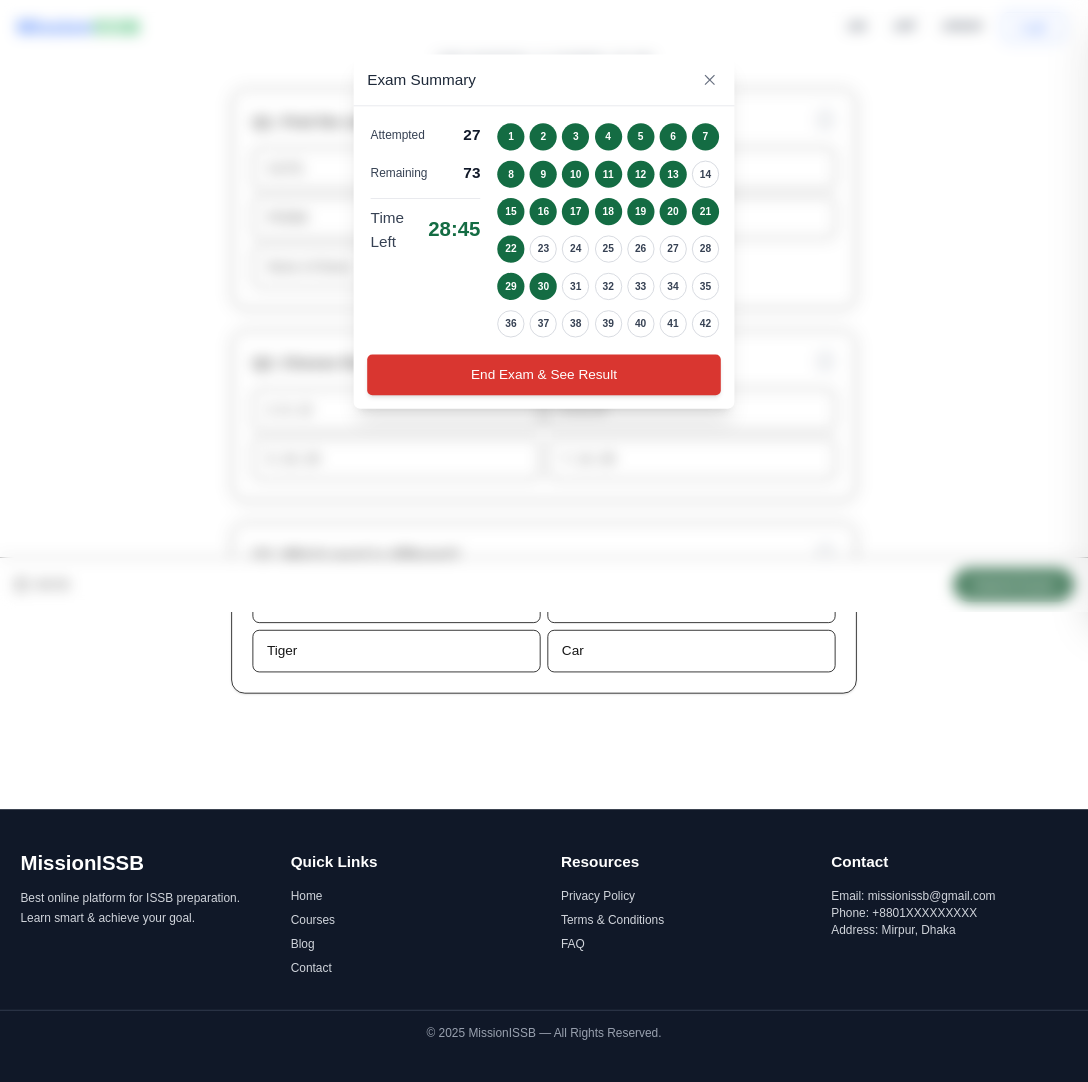
Repository: mdmuhibullahhabib/missionissb
Page: /exam/verbal-model-test-01, after clicking the first element matching `button.bg-green-900`
The author's editor kept a copy of each file at every save. The page is drawn from the files as they stood at one save, then again after the next save.
The browser window is 1280 px wide. The pictures show the whole page, at 85% of full size.
The page's requests for data from a server got no answer. The project was rebuilt for these pictures with package versions that can differ from the ones it lists, and the page was loaded fresh each time. The framework's server and built-in components were replaced by stand-ins that run in the browser. No one was signed in, and anything a server would have sent is missing. Also part of the build but not shown: next.config.mjs.

Above is the page before, as saved 2025-12-15 19:36:09.

### app/layout.js
import { Geist, Geist_Mono } from 'next/font/google'
import './globals.css'
import Footer from '@/components/shared/Footer'
import Navbar from '@/components/shared/Navbar'
import NextAuthProvider from './providers/NextAuthProvider'
import LayoutWrapper from '@/components/LayoutWrapper'

const geistSans = Geist({
  variable: '--font-geist-sans',
  subsets: ['latin']
})

const geistMono = Geist_Mono({
  variable: '--font-geist-mono',
  subsets: ['latin']
})

export const metadata = {
  title: 'Mission ISSB',
  description: 'Generated by create next app'
}

export default function RootLayout({ children }) {
  return (
    <html lang='en' suppressHydrationWarning={true}>
      <body
        className={`${geistSans.variable} ${geistMono.variable} antialiased`}
      >
        <NextAuthProvider>

                    <LayoutWrapper>{children}</LayoutWrapper>


          {/* <Navbar />

          {children}

          <Footer /> */}
        </NextAuthProvider>
      </body>
    </html>
  )
}

### app/exam/[id]/page.jsx
"use client";

import { useState, useEffect } from "react";
import { Clock } from "lucide-react";
import McqCard from "./components/McqCard";
import SubmitModal from "./components/SubmitModal";

/* Fake Questions */
const questions = [
  {
    question: "Find the odd one out",
    options: ["VUTS", "NUTS", "PONM", "JIHG", "None of these"],
  },
  {
    question: "Choose the correct series",
    options: ["2, 6, 12", "3, 9, 27", "5, 10, 20", "7, 14, 28"],
  },
  {
    question: "Which word is different?",
    options: ["Dog", "Cat", "Tiger", "Car"],
  },
];

const ExamPage = () => {
  const [answers, setAnswers] = useState({});
  const [showSubmitModal, setShowSubmitModal] = useState(false);
  const [timeLeft, setTimeLeft] = useState(1 * 60); // ✅ 35 min in seconds

  /* ================= TIMER LOGIC ================= */
  useEffect(() => {
    if (timeLeft <= 0) {
      handleSubmit();
      return;
    }

    const timer = setInterval(() => {
      setTimeLeft((prev) => prev - 1);
    }, 1000);

    return () => clearInterval(timer);
  }, [timeLeft]);

  /* ================= HELPER FUNCTIONS ================= */
  const handleSelect = (qIndex, optIdx) => {
    setAnswers({ ...answers, [qIndex]: optIdx });
  };

  const handleSubmit = () => {
    setShowSubmitModal(false);
    alert("Exam Submitted!");
    console.log("Submitted Answers:", answers);
  };

  /* ======== FORMAT TIMER ====== */
  const formatTime = (seconds) => {
    const m = Math.floor(seconds / 60)
      .toString()
      .padStart(2, "0");
    const s = (seconds % 60).toString().padStart(2, "0");
    return `${m}:${s}`;
  };

  return (
    <div className="min-h-screen bg-white pb-28">

      {/* Header */}
      <div className="text-center py-6">
        <h1 className="text-2xl font-bold">Verbal Model Test 01</h1>
        <p className="text-gray-600">
          Total Questions: {questions.length} | Duration: 35 min
        </p>
      </div>

      {/* Questions */}
      <div className="max-w-3xl space-y-4 mx-auto px-4">
        {questions.map((q, index) => (
          <McqCard
            key={index}
            index={index}
            question={q.question}
            options={q.options}
            selectedAnswer={answers[index]}
            onSelect={(optIdx) => handleSelect(index, optIdx)}
          />
        ))}
      </div>

      {/* Footer */}
      <div className="fixed bottom-0 left-0 w-full bg-white border-t px-4 py-3 flex justify-between items-center">
        <div className="flex items-center gap-2 font-medium">
          <Clock size={18} />
          <span>{formatTime(timeLeft)}</span>
        </div>

        <button
          onClick={() => setShowSubmitModal(true)}
          className="bg-green-900 btn text-white px-6 py-2 rounded-full"
        >
          Submit Exam
        </button>
      </div>

      {/* Submit Modal */}
      <SubmitModal
        isOpen={showSubmitModal}
        onClose={() => setShowSubmitModal(false)}
        onSubmit={handleSubmit}
      />
    </div>
  );
};

export default ExamPage;

### components/shared/Footer.jsx
"use client";
import Link from "next/link";

export default function Footer() {
  return (
    <footer className="bg-gray-900 text-gray-300 py-12">
      <div className="max-w-7xl mx-auto grid grid-cols-1 md:grid-cols-4 gap-10 px-6">

        {/* Column 1 */}
        <div>
          <h2 className="text-2xl font-bold text-white">MissionISSB</h2>
          <p className="mt-3 text-sm leading-6">
            Best online platform for ISSB preparation.
            Learn smart & achieve your goal.
          </p>
        </div>

        {/* Column 2 */}
        <div>
          <h3 className="text-lg font-semibold text-white mb-4">Quick Links</h3>
          <ul className="space-y-2 text-sm">
            <li><Link href="/" className="hover:text-white">Home</Link></li>
            <li><Link href="/courses" className="hover:text-white">Courses</Link></li>
            <li><Link href="/blog" className="hover:text-white">Blog</Link></li>
            <li><Link href="/contact" className="hover:text-white">Contact</Link></li>
          </ul>
        </div>

        {/* Column 3 */}
        <div>
          <h3 className="text-lg font-semibold text-white mb-4">Resources</h3>
          <ul className="space-y-2 text-sm">
            <li><Link href="/privacy" className="hover:text-white">Privacy Policy</Link></li>
            <li><Link href="/terms" className="hover:text-white">Terms & Conditions</Link></li>
            <li><Link href="/faq" className="hover:text-white">FAQ</Link></li>
          </ul>
        </div>

        {/* Column 4 */}
        <div>
          <h3 className="text-lg font-semibold text-white mb-4">Contact</h3>
          <p className="text-sm">Email: missionissb@gmail.com</p>
          <p className="text-sm">Phone: +8801XXXXXXXXX</p>
          <p className="text-sm">Address: Mirpur, Dhaka</p>
        </div>
      </div>

      <div className="mt-10 border-t border-gray-700 pt-4 text-center text-gray-400 text-sm">
        © {new Date().getFullYear()} MissionISSB — All Rights Reserved.
      </div>
    </footer>
  );
}

### components/shared/Navbar.jsx
"use client";
import { useState, useEffect } from "react";
import Link from "next/link";
import { FiMenu, FiX } from "react-icons/fi";
import { useSession } from "next-auth/react";
import { useRouter } from "next/navigation";
import DrawerMenu from "../user/UserDrawerMenu";


// Fake user data
const fakeUser = {
    name: "Muhibullah Habib",
    email: "muhib@example.com",
    avatar: "https://i.pravatar.cc/100?img=11",
    role: "admin",
};

export default function Navbar() {
    const [open, setOpen] = useState(false);
    const [scroll, setScroll] = useState(false);
    const router = useRouter();
        const [drawerOpen, setDrawerOpen] = useState(false);
    const [userDrawerOpen, setUserDrawerOpen] = useState(false);
    const { data: session, status } = useSession();
    console.log(session)
    console.log(status)

    // Scroll detection for shadow effect
    useEffect(() => {
        const handleScroll = () => {
            setScroll(window.scrollY > 10);
        };
        window.addEventListener("scroll", handleScroll);
        return () => window.removeEventListener("scroll", handleScroll);
    }, []);

    const navLinks = [
        { name: "হোম", href: "/" },
        { name: "কোর্স", href: "/courses" },
        { name: "যোগাযোগ", href: "/contact" },
    ];

    // User icon click
    const handleUserClick = () => {
        if (status == "authenticated") {
            setUserDrawerOpen(true);
        } else {
            router.push("/auth");
        }
    };

    return (
        <>
            <nav
                className={`w-full fixed top-0 z-50 transition-all ${scroll ? "bg-white shadow-md" : "bg-white"
                    }`}
            >
                <div className="max-w-7xl mx-auto px-5 py-3 flex justify-between items-center">

                    {/* Logo */}
                    <Link href="/" className="text-2xl font-bold text-blue-600">
                        Mission<span className="text-green-600">ISSB</span>
                    </Link>


                    {/* Auth Buttons */}
                    <div className="hidden items-center md:flex gap-4">
                        {/* Desktop Menu */}
                        <div className="hidden md:flex gap-8">
                            {navLinks.map((link) => (
                                <Link
                                    key={link.name}
                                    href={link.href}
                                    className="text-gray-700 font-semibold hover:text-blue-600 transition font-medium"
                                >
                                    {link.name}
                                </Link>
                            ))}
                        </div>

                        {/* User Icon */}
                        <button
                            onClick={handleUserClick}
                            className="p-2 rounded-full hover:bg-gray-100 transition duration-150"
                        >
                            {status == "authenticated" ? (
                                <img
                                    src={fakeUser?.avatar}
                                    alt="user"
                                    className="h-8 w-8 rounded-full border"
                                />
                            ) : (
                                <Link
                                    href="/auth"
                                    className="px-4 py-2 border border-blue-600 text-blue-600 rounded-lg hover:bg-blue-600 hover:text-white transition"
                                >
                                    Login
                                </Link>
                            )}
                        </button>
                    </div>

                    {/* Mobile Toggle */}
                    <button onClick={() => setOpen(!open)} className="md:hidden text-3xl">
                        {open ? <FiX /> : <FiMenu />}
                    </button>
                </div>

                {/* Mobile Menu */}
                <div
                    className={`md:hidden bg-white fixed top-[64px] left-0 w-full h-screen transition-all duration-300 ${open ? "translate-y-0 opacity-100" : "-translate-y-5 opacity-0 pointer-events-none"
                        }`}
                >
                    <div className="flex flex-col gap-6 px-6 py-6 text-lg">
                        {navLinks.map((link) => (
                            <Link
                                key={link.name}
                                href={link.href}
                                onClick={() => setOpen(false)}
                                className="text-gray-700 hover:text-blue-600"
                            >
                                {link.name}
                            </Link>
                        ))}

                        <hr />

                        <Link
                            href="/auth/login"
                            onClick={() => setOpen(false)}
                            className="text-blue-600 font-semibold"
                        >
                            Login
                        </Link>
                    </div>
                </div>
            </nav>

            <DrawerMenu
                isOpen={userDrawerOpen}
                onClose={() => setUserDrawerOpen(false)}
                // user={user}
            />
        </>
    );
}

### app/providers/NextAuthProvider.jsx
"use client"
import { SessionProvider } from 'next-auth/react'
import React from 'react'

const NextAuthProvider = ({ children }) => {
    return <SessionProvider>{children}</SessionProvider>
}

export default NextAuthProvider;

### components/LayoutWrapper.jsx
"use client";

import { usePathname } from "next/navigation";
import Navbar from "./shared/Navbar";
import Footer from "./shared/Footer";

export default function LayoutWrapper({ children }) {
  const pathname = usePathname();
  const isAdmin = pathname.startsWith("/admin");
  const isAuth = pathname.startsWith("/auth");

  return (
    <>
      {!isAdmin && !isAuth && <Navbar />}

      <main>{children}</main>

      {!isAdmin && !isAuth && <Footer />}
    </>
  );
}

### app/exam/[id]/components/McqCard.jsx
"use client";

import { Bookmark } from "lucide-react";

const McqCard = ({
  index,
  question,
  options,
  selectedAnswer,
  onSelect,
}) => {
  return (
    <div className="border rounded-2xl p-6 shadow-sm mb-6">

      {/* Question */}
      <div className="flex justify-between items-start mb-4">
        <h2 className="font-semibold text-lg">
          Q{index + 1}. {question}
        </h2>
        <Bookmark className="text-gray-400 cursor-pointer" />
      </div>

      {/* Options */}
      <div className="space-3 grid md:grid-cols-2 gap-2">
        {options.map((opt, idx) => (
          <button
            key={idx}
            onClick={() => onSelect(idx)}
            className={`w-full text-left px-4 py-3 border rounded-lg transition
              ${
                selectedAnswer === idx
                  ? "bg-green-100 border-green-600"
                  : "hover:bg-gray-50"
              }`}
          >
            {opt}
          </button>
        ))}
      </div>
    </div>
  );
};

export default McqCard;

### app/exam/[id]/components/SubmitModal.jsx
"use client";

import React from "react";
import { AiOutlineClose } from "react-icons/ai";

// --- Constants for stats ---
const ATTEMPTED_COUNT = 27;
const REMAINING_COUNT = 73;
const TIME_LEFT = "28:45";

// --- Mock question grid data (42 questions) ---
const MOCK_QUESTIONS = Array.from({ length: 42 }, (_, i) => {
    const id = i + 1;
    let status = "remaining";

    // Manually mark attempted questions based on visual pattern
    if (
        (id >= 1 && id <= 7) ||
        (id >= 9 && id <= 13) ||
        (id >= 15 && id <= 22) ||
        (id >= 29 && id <= 30) ||
        id === 8
    ) {
        status = "attempted";
    }

    return { id, status };
});

const SubmitModal = ({ isOpen, onClose, onSubmit }) => {
    if (!isOpen) return null;

    // Function to map question status to Tailwind classes
    const getQuestionClass = (status) => {
        switch (status) {
            case "attempted":
                return "bg-[#146C43] text-white"; // Dark green
            case "remaining":
            default:
                return "bg-white text-gray-700 border border-gray-300"; // Light gray
        }
    };

    return (
        <div
            className="fixed inset-0 z-50 flex items-start pt-16 justify-center bg-white/30 backdrop-blur-sm"
            onClick={onClose}
        >
            <div
                className="bg-white rounded-lg shadow-xl w-full max-w-md mx-4"
                onClick={(e) => e.stopPropagation()}
            >
                {/* Header */}
                <div className="flex justify-between items-center p-4 border-b border-gray-200">
                    <h2 className="text-lg font-medium text-gray-800">Exam Summary</h2>
                    <button
                        onClick={onClose}
                        className="text-gray-500 hover:text-gray-700 p-1"
                    >
                        <AiOutlineClose size={18} />
                    </button>
                </div>

                {/* Body */}
                <div className="p-5 flex space-x-5">
                    {/* Stats */}
                    <div className="mb-6 space-y-4">
                        <div className="flex justify-between items-center">
                            <span className="text-sm text-gray-700">Attempted</span>
                            <span className="font-semibold text-lg text-gray-900">
                                {ATTEMPTED_COUNT}
                            </span>
                        </div>
                        <div className="flex justify-between items-center">
                            <span className="text-sm text-gray-700">Remaining</span>
                            <span className="font-semibold text-lg text-gray-900">
                                {REMAINING_COUNT}
                            </span>
                        </div>
                        <div className="flex justify-between items-center pt-2 border-t border-gray-200">
                            <span className="text-lg font-medium text-gray-700">Time Left</span>
                            <span className="font-bold text-2xl text-[#146C43]">{TIME_LEFT}</span>
                        </div>
                    </div>

                    {/* Question Grid */}
                    <div className="grid grid-cols-7 gap-x-2 gap-y-3">
                        {MOCK_QUESTIONS.map((q) => (
                            <div
                                key={q.id}
                                className={`flex items-center justify-center w-8 h-8 rounded-full text-xs font-semibold ${getQuestionClass(
                                    q.status
                                )}`}
                            >
                                {q.id}
                            </div>
                        ))}
                    </div>
                </div>

                {/* Footer */}
                <div className="p-4 pt-0">
                    <button
                        onClick={onSubmit}
                        className="w-full py-3 bg-[#D93630] hover:bg-red-700 text-white font-medium rounded-md shadow-md transition-colors"
                    >
                        End Exam & See Result
                    </button>
                </div>
            </div>
        </div>
    );
};

export default SubmitModal;

### components/user/UserDrawerMenu.jsx
"use client";

import { FiX, FiUser, FiShoppingBag, FiSettings, FiGrid, FiLogOut } from "react-icons/fi";
import { motion, AnimatePresence } from "framer-motion";
import Image from "next/image";
import { useRouter } from "next/navigation";
import { signOut, useSession } from "next-auth/react";
import Link from "next/link";

export default function DrawerMenu({ isOpen, onClose, user = {} }) {
  const router = useRouter();
  const { data: session, status } = useSession();
  console.log(session)

  const handleNavigate = (path) => {
    onClose();
    router.push(path);
  };

  const handleLogout = async () => {
    // You can replace with your logout logic
    console.log("User logged out");
    onClose();
    await signOut();
  };

  const isAdmin = user?.role === "admin";

  return (
    <>
      {/* Overlay */}
      <AnimatePresence>
        {isOpen && (
          <motion.div
            initial={{ opacity: 0 }}
            animate={{ opacity: 1 }}
            exit={{ opacity: 0 }}
            onClick={onClose}
            className="fixed inset-0 bg-black/30 backdrop-blur-sm z-40 cursor-pointer"
          />
        )}
      </AnimatePresence>

      {/* Drawer */}
      <motion.div
        initial={{ x: "100%" }}
        animate={{ x: isOpen ? 0 : "100%" }}
        exit={{ x: "100%" }}
        transition={{ type: "spring", stiffness: 100, damping: 20 }}
        className="fixed top-0 right-0 h-full w-80 sm:w-96 bg-white shadow-2xl z-50 flex flex-col"
      >
        {/* Header */}
        <div className="flex justify-between items-center p-4 border-b">
          <div className="flex items-center gap-3">
            <Image
              src={user?.photo || "https://i.ibb.co/5j9n3yH/default-avatar.png"}
              width={40}
              height={40}
              alt="User avatar"
              className="rounded-full object-cover"
            />
            <div>
              <p className="font-semibold text-gray-800">
                {user?.name || "Guest User"}
              </p>
              <p className="text-xs text-gray-500">
                {isAdmin ? "Administrator" : "Regular User"}
              </p>
            </div>
          </div>
          <button onClick={onClose} className="text-gray-600 hover:text-red-500">
            <FiX className="h-6 w-6" />
          </button>
        </div>

        {/* Menu Items */}
        <div className="flex-1 overflow-y-auto p-5 space-y-4 text-gray-700">
          <button
            onClick={() => handleNavigate("/profile")}
            className="flex items-center gap-3 w-full p-3 rounded-xl hover:bg-gray-100 transition"
          >
            <FiUser className="text-red-500" />
            <span>My Profile</span>
          </button>

          <Link
            href={"/mycourse"}
            // onClick={() => handleNavigate("/mycourse")}
            className="flex items-center gap-3 w-full p-3 rounded-xl hover:bg-gray-100 transition"
          >
            <FiShoppingBag className="text-red-500" />
            <span>My Courses</span>
          </Link>

          <Link
            href={"/admin/dashboard"}
            // onClick={() => handleNavigate("/mycourse")}
            className="flex items-center gap-3 w-full p-3 rounded-xl hover:bg-gray-100 transition"
          >
            <FiShoppingBag className="text-red-500" />
            <span>Admin Dashboard</span>
          </Link>

          {isAdmin && (
            <button
              onClick={() => handleNavigate("/admin/dashboard")}
              className="flex items-center gap-3 w-full p-3 rounded-xl hover:bg-gray-100 transition"
            >
              <FiGrid className="text-red-500" />
              <span>Admin Dashboard</span>
            </button>
          )}
        </div>

        {/* Footer */}
        <div className="border-t p-4">
          <button
            onClick={handleLogout}
            className="flex items-center justify-center gap-2 w-full py-2 bg-red-600 text-white font-medium rounded-xl hover:bg-red-700 transition"
          >
            <FiLogOut />
            Logout
          </button>
        </div>
      </motion.div>
    </>
  );
}

Loaded but not shown: app/globals.css (common file)

After the next save:
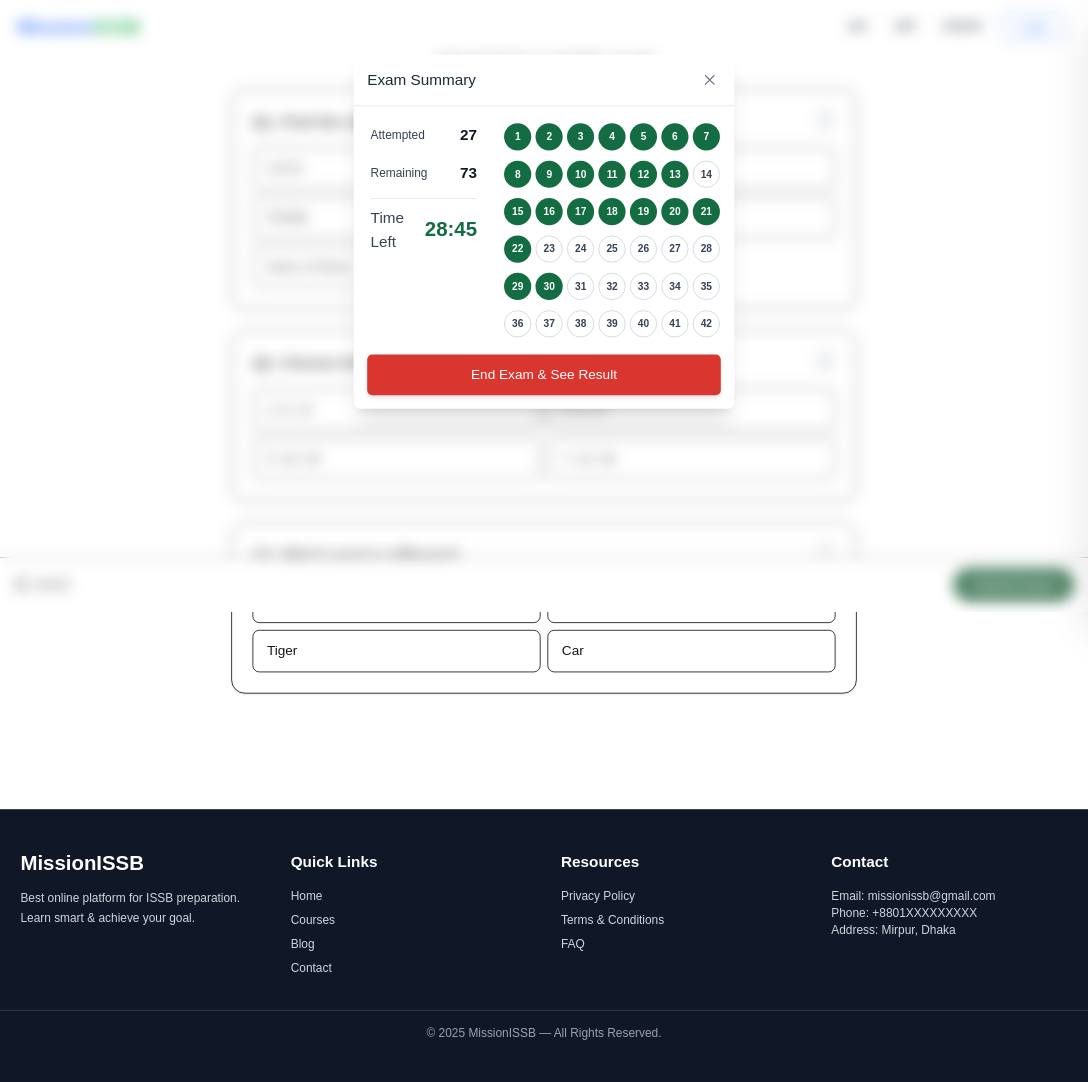
Saved 27 s later.
--- a/app/exam/[id]/components/SubmitModal.jsx
+++ b/app/exam/[id]/components/SubmitModal.jsx
@@ -62,7 +62,7 @@ const SubmitModal = ({ isOpen, onClose, onSubmit }) => {
                 </div>
 
                 {/* Body */}
-                <div className="p-5 flex space-x-5">
+                <div className="p-5 flex space-x-8">
                     {/* Stats */}
                     <div className="mb-6 space-y-4">
                         <div className="flex justify-between items-center">
